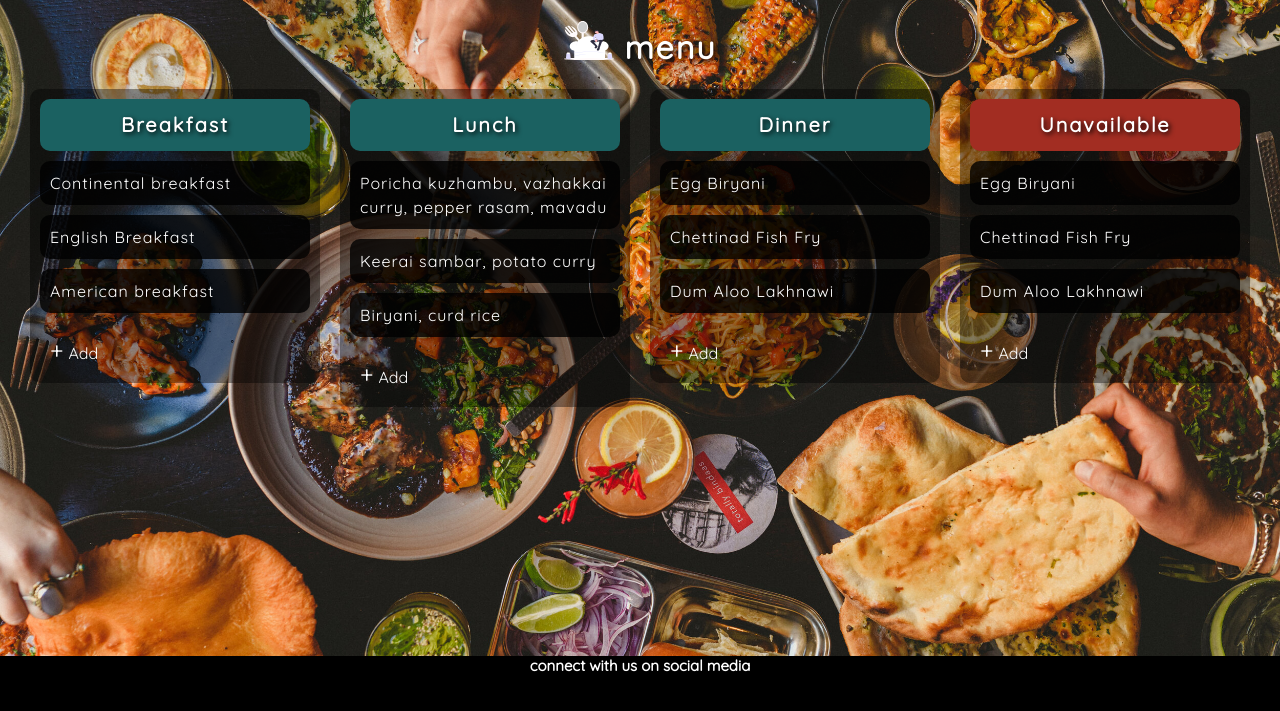
Repository: Anasooya2601/drag-and-drop
Page: index.html
An editor plug-in stored every save of this project. The page is shown before and after the next save, followed by the edit.
The browser window is 1280 px wide. The pictures show the whole page.

Above is the page before, as saved 2021-02-05 02:52:18.

### index.html
<!DOCTYPE html>
<html lang="en">
<head>
    <meta charset="UTF-8">
    <meta name="viewport" content="width=device-width, initial-scale=1.0">
    <title>MRC</title>
    <script src="script.js" type="text"></script>
    <link rel="icon" type="image/png" href="favicon.png">
    <link rel="stylesheet" href="style.css">
</head>
<body>

    <h1 class="main-title">
        <img src="mrc.svg" width="50" alt="">
    menu
</h1>
    <div class="drag-container">
        <ul class="drag-list">
<!-- breakfast column -->

<li class="drag-column progress-column">
    <span class="header">
        <h1>Breakfast</h1>
    </span>
    <!-- breakfast-content -->
    <div id="progress-content">
        <ul class="drag-item-list"id= "progress-list">
            <li class="drag-item"> Continental breakfast</li>
            <li class="drag-item">English Breakfast</li>
            <li class="drag-item">American breakfast</li>
        </ul>
    </div>
    <!-- add-button -->
    <div class="add-btn-group">
        <div class="add-btn">
    <span class="plus-sign">+</span>
    <span>Add</span>
</div>
<div class="add-btn solid">
    <span>save</span>
</div>
<div class="add-container">
    <div class="add-item"></div>

</div>

    </div>
</li>
<li class="drag-column progress-column">
    <span class="header">
        <h1>Lunch</h1>
    </span>
    <!-- breakfast-content -->
    <div id="progress-content">
        <ul class="drag-item-list"id= "progress-list">
            <li class="drag-item"> Poricha kuzhambu, vazhakkai curry, pepper rasam, mavadu</li>
            <li class="drag-item">Keerai sambar, potato curry</li>
            <li class="drag-item">Biryani, curd rice</li>
        </ul>
    </div>
    <!-- add-button -->
    <div class="add-btn-group">
        <div class="add-btn">
    <span class="plus-sign">+</span>
    <span>Add</span>
</div>
<div class="add-btn solid">
    <span>save</span>
</div>
<div class="add-container">
    <div class="add-item"></div>

</div>

    </div>
</li>
<li class="drag-column progress-column">
    <span class="header">
        <h1>Dinner</h1>
    </span>
    <!-- breakfast-content -->
    <div id="progress-content">
        <ul class="drag-item-list"id= "progress-list">
            <li class="drag-item"> Egg Biryani</li>
            <li class="drag-item"> Chettinad Fish Fry</li>
            <li class="drag-item">Dum Aloo Lakhnawi</li>
        </ul>
    </div>
    <!-- add-button -->
    <div class="add-btn-group">
        <div class="add-btn">
    <span class="plus-sign">+</span>
    <span>Add</span>
</div>
<div class="add-btn solid">
    <span>save</span>
</div>
<div class="add-container">
    <div class="add-item"></div>

</div>

    </div>
</li>
<li class="drag-column on-hold-column">
    <span class="header">
        <h1>Unavailable</h1>
    </span>
    <!-- breakfast-content -->
    <div id="on-hold-content">
        <ul class="drag-item-list"id= "on-hold-list">
            <li class="drag-item"> Egg Biryani</li>
            <li class="drag-item"> Chettinad Fish Fry</li>
            <li class="drag-item">Dum Aloo Lakhnawi</li>
        </ul>
    </div>
    <!-- add-button -->
    <div class="add-btn-group">
        <div class="add-btn">
    <span class="plus-sign">+</span>
    <span>Add</span>
</div>
<div class="add-btn solid">
    <span>save</span>
</div>
<div class="add-container">
    <div class="add-item"></div>

</div>

    </div>
</li>
        </ul>
    </div>

    <!-- <script src="script.js"></script> -->
    <footer class="footer ">
        <div class="footer-header">connect with us on social media</div>
        <ul class="social-links">
            <li class="list-item-inline">


            <a class="link" href="https://twitter.com"><i style="padding-left:25px;font-size:35px;"class="fab fa-twitter"></i></a>
           <a class="link" href= "https://instagram.com"><i style="padding-left:25px;font-size:36px;" class="fab fa-instagram"></i></a>
        </li>
        </ul>

        </footer>
</body>

</html>

### style.css
/* Trees Image - Pexels: https://www.pexels.com/photo/photo-of-trees-in-forest-3801030/ */
@import url("https://fonts.googleapis.com/css?family=Quicksand&display=swap");

html {
  box-sizing: border-box;
}

:root {
  --column-1: #a2622d;
  --column-2: #1b6161;
  --column-3: #248224;
  --column-4: #a22d22;
}

body {
  margin: 0;
  background: url("./mrc.jpg");
  background-size: cover;
  background-position: 50% 60%;
  background-attachment: fixed;
  color: white;
  font-family: Quicksand, sans-serif;
  overflow-y: hidden;
}

h1 {
  letter-spacing: 2px;
  text-shadow: 2px 2px 5px black;
}

.main-title {
  text-align: center;
  font-size: 3rem;
}

ul {
  list-style-type: none;
  margin: 0;
  padding: 0;
}

.drag-container {
  margin: 20px;
}

.drag-list {
  display: flex;
  align-items: flex-start;
}

/* Columns */
.drag-column {
flex: 1;
  margin: 0 10px;
  position: relative;
  background-color: rgba(0, 0, 0, 0.4);
  border-radius: 10px;
  overflow-x: hidden;
}

.backlog-column .header,
.backlog-column .solid,
.backlog-column .solid:hover,
.backlog-column .over {
  background-color: var(--column-1);
}

.progress-column .header,
.progress-column .solid,
.progress-column .solid:hover,
.progress-column .over {
  background-color: var(--column-2);
}

.complete-column .header,
.complete-column .solid,
.complete-column .solid:hover,
.complete-column .over {
  background-color: var(--column-3);
}

.on-hold-column .header,
.on-hold-column .solid,
.on-hold-column .solid:hover,
.on-hold-column .over {
  background-color: var(--column-4);
}

/* Custom Scrollbar */
.custom-scroll {
  overflow-y: auto;
  max-height: 75vh;
}

.custom-scroll::-webkit-scrollbar-track {
  box-shadow: inset 0 0 6px rgba(0, 0, 0, 0.4);
  border-radius: 10px;
  background-color: rgba(255, 255, 255, 0.3);
  margin-right: 5px;
}

.custom-scroll::-webkit-scrollbar {
  width: 10px;
}

.custom-scroll::-webkit-scrollbar-thumb {
  border-radius: 10px;
  box-shadow: inset 0 0 6px rgba(0, 0, 0, 0.3);
  background-color: rgba(0, 0, 0, 0.8);
}

.header {
  display: flex;
  justify-content: center;
  border-radius: 10px;
  margin: 10px;
}

.header h1 {
  font-size: 1.25rem;
}

/* Drag and Drop */
.over {
  padding: 50px 10px;
}

.drag-item-list {
  min-height: 50px;
}

.drag-item {
  margin: 10px;
  padding: 10px;
  height: fit-content;
  background-color: rgba(0, 0, 0, 0.8);
  border-radius: 10px;
  line-height: 1.5rem;
  letter-spacing: 1px;
  cursor: pointer;
}

.drag-item:focus {
  outline: none;
  background-color: white;
  color: black;
}

/* Add Button Group */
.add-btn-group {
  display: flex;
  justify-content: space-between;
}

.add-btn {
  margin: 10px;
  padding: 5px 10px;
  display: flex;
  align-items: center;
  cursor: pointer;
  width: fit-content;
  border-radius: 5px;
  transition: all 0.3s ease-in;
  user-select: none;
}

.add-btn:hover {
  background-color: rgba(255, 255, 255, 0.9);
  color: black;
}

.add-btn:active {
  transform: scale(0.97);
}

.solid {
  display: none;
}

.solid:hover {
  transition: unset;
  filter: brightness(95%);
  color: white;
}

.plus-sign {
  font-size: 1.5rem;
  margin-right: 5px;
  position: relative;
  top: -3px;
}

.add-container {
  margin: 10px;
  padding: 5px 10px;
  border-radius: 10px;
  background-color: rgba(255, 255, 255, 0.9);
  min-height: 100px;
  display: none;
}

.add-item {
  width: 100%;
  min-height: 100px;
  height: auto;
  background-color: white;
  border-radius: 10px;
  margin: 5px auto;
  resize: none;
  color: black;
  padding: 10px;
}

.add-item:focus {
  outline: none;
}

/* Media Query: Laptop */
@media screen and (max-width: 1800px) {
  .main-title {
    font-size: 2rem;
  }
}

/* Media Query: Large Smartphone (Vertical) */
@media screen and (max-width: 600px) {
  body {
    overflow-y: auto;
  }

  .drag-container {
    margin: 0;
  }

  .drag-list {
    display: block;
  }

  .drag-column {
    margin: 10px;
  }

}
/** footers **/

.footer {
  background-color: black;
  /*padding: 2rem 1rem;
  text-align: center;
  color: white;
  /* border-top-right-radius: 1rem; */
  /* left: 0;
  bottom: 0; */
  position: fixed;
  left: 0;
  bottom: 0;
  width: 100%;
  text-align: center;
  color: white;
  text-align: center;

}

.footer .link {
  color: grey;
}

.footer .footer-header {
  font-weight: bold;
  font-size: 15px;
}

.footer ul {
  padding-inline-start: 0px;
  grid-column: 3;
  display: flex;
  justify-content: center;
  align-items: center;
}
.link{
  box-sizing: border-box;
  text-decoration: none;
  color: white;
  /* padding:0.5rem 1rem; */
  /* margin-top: 5rem;
  margin-bottom:1rem; */
  padding: 8px 5px;
  margin: 21.25px 0px 0px;
}

After the next save:
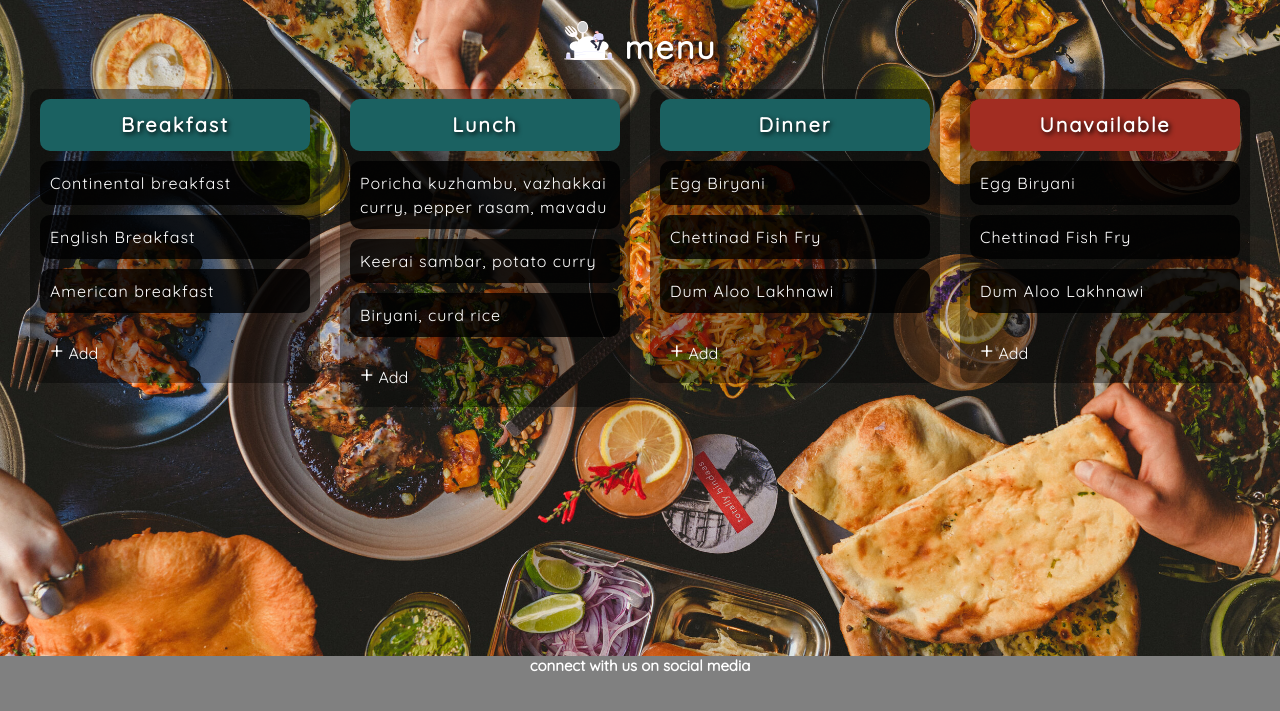
Saved 113 s later.
--- a/style.css
+++ b/style.css
@@ -244,7 +244,7 @@ flex: 1;
 /** footers **/
 
 .footer {
-  background-color: black;
+  background-color: grey;
   /*padding: 2rem 1rem;
   text-align: center;
   color: white;
